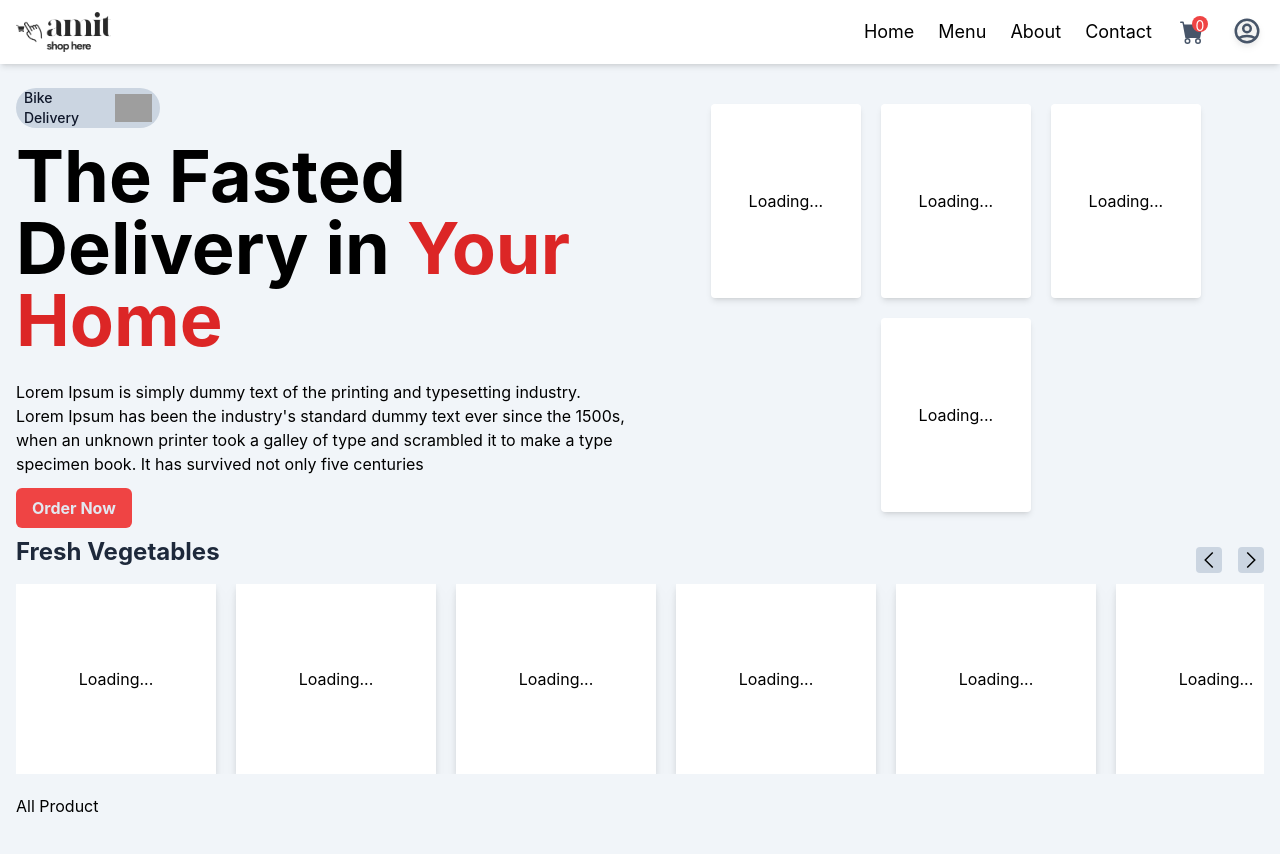
Repository: Lehuyhuynh/Web_ban_hoa_qua
Page: / (app in frontend/)
An editor plug-in stored every save of this project. The page is shown before and after the next save, followed by the edit.
The browser window is 1280 px wide. The pictures show the whole page.
Pictures or frames that could not be fetched are drawn as grey boxes. The page's requests for data from a server got no answer. The project was rebuilt for these pictures with package versions that can differ from the ones it lists, and the page was loaded fresh each time. No one was signed in, and anything a server would have sent is missing. Also part of the build but not shown: frontend/src/page/Menu.js, frontend/src/page/About.js, frontend/src/page/Contact.js, frontend/src/page/login.js, frontend/src/utility/ImagetoBase64.js, frontend/src/page/Newproduct.js, frontend/src/page/Signup.js.

Above is the page before, as saved 2024-01-06 10:09:03.

### frontend/src/index.js
import React from "react";
import ReactDOM from "react-dom/client";
import "./index.css";
import App from "./App";
import reportWebVitals from "./reportWebVitals";
import {
  createBrowserRouter,
  createRoutesFromElements,
  Route,
  RouterProvider,
} from "react-router-dom";

import Home from "./page/Home";
import Menu from "./page/Menu";
import About from "./page/About";
import Contact from "./page/Contact";
import Login from "./page/login";
import NewProduct from "./page/Newproduct";
import Signup from "./page/Signup";
import { store } from "./redux/index";
import { Provider } from "react-redux";

const router = createBrowserRouter(
  createRoutesFromElements(
    <Route path="/" element={<App />}>
      <Route index element={<Home />} />
      <Route path="menu" element={<Menu />} />
      <Route path="about" element={<About />} />
      <Route path="contact" element={<Contact />} />
      <Route path="login" element={<Login />} />
      <Route path="newproduct" element={<NewProduct />} />
      <Route path="signup" element={<Signup />} />
    </Route>
  )
);

const root = ReactDOM.createRoot(document.getElementById("root"));
root.render(
  <Provider store={store}>
    <RouterProvider router={router} />
  </Provider>
);

// If you want to start measuring performance in your app, pass a function
// to log results (for example: reportWebVitals(console.log))
// or send to an analytics endpoint. Learn more: https://bit.ly/CRA-vitals
reportWebVitals();

### frontend/src/App.js
import Header from "./component/Header";
import { Outlet } from "react-router-dom";
import toast, { Toaster } from "react-hot-toast";
import { useEffect } from "react";
import { useDispatch, useSelector } from "react-redux";
import { setDataProduct } from "./redux/productSlide";

function App() {
  const dispatch = useDispatch();
  const productData = useSelector((state) => state.product);

  useEffect(() => {
    (async () => {
      const res = await fetch(`${process.env.REACT_APP_SERVER_DOMIN}/product`);
      const resData = await res.json();
      console.log(1, resData);
      dispatch(setDataProduct(resData));
    })();
  }, []);

  return (
    <>
      <Toaster />
      <div>
        <Header />
        <main className="pt-16 bg-slate-100 min-h-[calc(100vh)]">
          <Outlet />
        </main>
      </div>
    </>
  );
}

export default App;

### frontend/src/page/Home.js
import React, { useEffect, useRef, useState } from "react";
import { useSelector } from "react-redux";
import CardFeature from "../component/CardFeature";
import HomeCard from "../component/HomeCard";
import { GrPrevious, GrNext } from "react-icons/gr";
// import FilterProduct from "../component/FilterProduct";
import AllProduct from "../component/AllProduct";

const Home = () => {
  const productData = useSelector((state) => state.product.productList);
  console.log(productData);
  const homeProductCartList = productData.slice(1, 5);
  const homeProductCartListVegetables = productData.filter(
    (el) => el.category === "vegetable",
    []
  );
  const loadingArray = new Array(4).fill(null);
  const slideProductRef = useRef();
  const loadingArrayFeature = new Array(10).fill(null);

  const nextProduct = () => {
    slideProductRef.current.scrollLeft += 200;
  };
  const preveProduct = () => {
    slideProductRef.current.scrollLeft -= 200;
  };

  return (
    <div className="p-2 md:p-4">
      <div className="md:flex gap-4 py-2">
        <div className="md:w-1/2">
          <div className="flex gap-3 bg-slate-300 w-36 px-2 items-center rounded-full">
            <p className="text-sm font-medium text-slate-900">Bike Delivery</p>
            <img
              src="https://cdn-icons-png.flaticon.com/512/2972/2972185.png"
              className="h-7"
            />
          </div>
          <h2 className="text-4xl md:text-7xl font-bold py-3">
            The Fasted Delivery in{" "}
            <span className="text-red-600 text-">Your Home</span>
          </h2>
          <p className="py-3 text-base ">
            Lorem Ipsum is simply dummy text of the printing and typesetting
            industry. Lorem Ipsum has been the industry's standard dummy text
            ever since the 1500s, when an unknown printer took a galley of type
            and scrambled it to make a type specimen book. It has survived not
            only five centuries
          </p>
          <button className="font-bold bg-red-500 text-slate-200 px-4 py-2 rounded-md">
            Order Now
          </button>
        </div>

        <div className="md:w-1/2 flex flex-wrap gap-5 p-4 justify-center">
          {homeProductCartList[0]
            ? homeProductCartList.map((el) => {
                return (
                  <HomeCard
                    key={el._id}
                    id={el._id}
                    image={el.image}
                    name={el.name}
                    price={el.price}
                    category={el.category}
                  />
                );
              })
            : loadingArray.map((el, index) => {
                return (
                  <HomeCard key={index + "loading"} loading={"Loading..."} />
                );
              })}
        </div>
      </div>

      <div className="">
        <div className="flex w-full items-center">
          <h2 className="font-bold text-2xl text-slate-800 mb-4">
            Fresh Vegetables
          </h2>
          <div className="ml-auto flex gap-4">
            <button
              onClick={preveProduct}
              className="bg-slate-300 hover:bg-slate-400 text-lg  p-1 rounded"
            >
              <GrPrevious />
            </button>
            <button
              onClick={nextProduct}
              className="bg-slate-300 hover:bg-slate-400 text-lg p-1 rounded "
            >
              <GrNext />
            </button>
          </div>
        </div>
        <div
          className="flex gap-5 overflow-scroll scrollbar-none scroll-smooth transition-all"
          ref={slideProductRef}
        >
          {homeProductCartListVegetables[0]
            ? homeProductCartListVegetables.map((el) => {
                return (
                  <CardFeature
                    key={el._id + "vegetable"}
                    id={el._id}
                    name={el.name}
                    category={el.category}
                    price={el.price}
                    image={el.image}
                  />
                );
              })
            : loadingArrayFeature.map((el, index) => (
                <CardFeature loading="Loading..." key={index + "cartLoading"} />
              ))}
        </div>
      </div>
      <AllProduct heading={"Your Product"} />
    </div>
  );
};

export default Home;

### frontend/src/redux/index.js
import { configureStore } from "@reduxjs/toolkit";
import userSliceReducer from "./userSlice";
import productSlideReducer from "./productSlide";

export const store = configureStore({
  reducer: {
    user: userSliceReducer,
    product: productSlideReducer,
  },
});

### frontend/src/component/Header.js
import React, { useState } from "react";
import { Link } from "react-router-dom";
import logo from "../assest/logo .png";
import { HiOutlineUserCircle } from "react-icons/hi";
import { BsCartFill } from "react-icons/bs";
import { useDispatch, useSelector } from "react-redux";
import { logoutRedux } from "../redux/userSlice";
import { toast } from "react-hot-toast";

const Header = () => {
  const [showMenu, setShowMenu] = useState(false);
  const userData = useSelector((state) => state.user);
  const dispatch = useDispatch();

  const handleShowMenu = () => {
    setShowMenu((preve) => !preve);
  };
  const handleLogout = () => {
    dispatch(logoutRedux());
    toast("Logout successfully");
  };

  const cartItemNumber = useSelector((state) => state.product.cartItem);
  return (
    <header className="fixed shadow-md w-full h-16 px-2 md:px-4 z-50 bg-white">
      {/* desktop */}

      <div className="flex items-center h-full justify-between">
        <Link to={""}>
          <div className="h-10">
            <img src={logo} className="h-full" />
          </div>
        </Link>

        <div className="flex items-center gap-4 md:gap-7">
          <nav className="gap-4 md:gap-6 text-base md:text-lg hidden md:flex">
            <Link to={""}>Home</Link>
            <Link to={"menu/63f0fdbb3bcc2f97fa53d25d"}>Menu</Link>
            <Link to={"about"}>About</Link>
            <Link to={"contact"}>Contact</Link>
          </nav>
          <div className="text-2xl text-slate-600 relative">
            <Link to={"cart"}>
              <BsCartFill />
              <div className="absolute -top-1 -right-1 text-white bg-red-500 h-4 w-4 rounded-full m-0 p-0 text-sm text-center ">
                {cartItemNumber.length}
              </div>
            </Link>
          </div>
          <div className=" text-slate-600" onClick={handleShowMenu}>
            <div className="text-3xl cursor-pointer w-8 h-8 rounded-full overflow-hidden drop-shadow-md">
              {userData.image ? (
                <img src={userData.image} className="h-full w-full" />
              ) : (
                <HiOutlineUserCircle />
              )}
            </div>
            {showMenu && (
              <div className="absolute right-2 bg-white py-2  shadow drop-shadow-md flex flex-col min-w-[120px] text-center">
                {userData.email === process.env.REACT_APP_ADMIN_EMAIL && (
                  <Link
                    to={"newproduct"}
                    className="whitespace-nowrap cursor-pointer px-2"
                  >
                    New product
                  </Link>
                )}

                {userData.image ? (
                  <p
                    className="cursor-pointer text-white px-2 bg-red-500"
                    onClick={handleLogout}
                  >
                    Logout ({userData.firstName}){" "}
                  </p>
                ) : (
                  <Link
                    to={"login"}
                    className="whitespace-nowrap cursor-pointer px-2"
                  >
                    Login
                  </Link>
                )}
                <nav className="text-base md:text-lg flex flex-col md:hidden">
                  <Link to={""} className="px-2 py-1">
                    Home
                  </Link>
                  <Link
                    to={"menu/63f0fdbb3bcc2f97fa53d25d"}
                    className="px-2 py-1"
                  >
                    Menu
                  </Link>
                  <Link to={"about"} className="px-2 py-1">
                    About
                  </Link>
                  <Link to={"contact"} className="px-2 py-1">
                    Contact
                  </Link>
                </nav>
              </div>
            )}
          </div>
        </div>
      </div>

      {/* mobile */}
    </header>
  );
};

export default Header;

### frontend/src/redux/productSlide.js
import { createSlice } from "@reduxjs/toolkit";
import { toast } from "react-hot-toast";

const initialState = {
  productList: [],
  cartItem: [],
};

export const productSlice = createSlice({
  name: "product",
  initialState,
  reducers: {
    setDataProduct: (state, action) => {
      console.log(action);
      state.productList = [...action.payload];
    },
    // addCartItem: (state, action) => {
    //   const check = state.cartItem.some((el) => el._id === action.payload._id);
    //   if (check) {
    //     toast("Already Item in Cart");
    //   } else {
    //     toast("Item Add successfully");
    //     const total = action.payload.price;
    //     state.cartItem = [
    //       ...state.cartItem,
    //       { ...action.payload, qty: 1, total: total },
    //     ];
    //   }
    // },
    // deleteCartItem: (state, action) => {
    //   toast("one Item Delete");
    //   const index = state.cartItem.findIndex((el) => el._id === action.payload);
    //   state.cartItem.splice(index, 1);
    //   console.log(index);
    // },
    // increaseQty: (state, action) => {
    //   const index = state.cartItem.findIndex((el) => el._id === action.payload);
    //   let qty = state.cartItem[index].qty;
    //   const qtyInc = ++qty;
    //   state.cartItem[index].qty = qtyInc;

    //   const price = state.cartItem[index].price;
    //   const total = price * qtyInc;

    //   state.cartItem[index].total = total;
    // },
    // decreaseQty: (state, action) => {
    //   const index = state.cartItem.findIndex((el) => el._id === action.payload);
    //   let qty = state.cartItem[index].qty;
    //   if (qty > 1) {
    //     const qtyDec = ++qty;
    //     state.cartItem[index].qty = qtyDec;

    //     const price = state.cartItem[index].price;
    //     const total = price * qtyDec;

    //     state.cartItem[index].total = total;
    //   }
    // },
  },
});

export const {
  setDataProduct,
  // addCartItem,
  // deleteCartItem,
  // increaseQty,
  // decreaseQty,
} = productSlice.actions;

export default productSlice.reducer;

### frontend/src/component/CardFeature.js
import React from "react";
import { useDispatch } from "react-redux";
import { Link } from "react-router-dom";
// import { addCartItem, increaseQty } from "../redux/productSlide";

const CardFeature = ({ image, name, price, category, loading, id }) => {
  const dispatch = useDispatch();

  const handleAddCartProduct = (e) => {
    // dispatch(
    //   addCartItem({
    //     _id: id,
    //     name: name,
    //     price: price,
    //     category: category,
    //     image: image,
    //   })
    // );
  };

  return (
    <div className="w-full min-w-[200px] max-w-[200px] bg-white hover:shadow-lg drop-shadow-lg py-5 px-4 cursor-pointer flex flex-col ">
      {" "}
      {image ? (
        <>
          <Link
            to={`/menu/${id}`}
            onClick={() => window.scrollTo({ top: "0", behavior: "smooth" })}
          >
            <div className="h-28 flex flex-col justify-center items-center">
              <img src={image} className="h-full" />
            </div>
            <h3 className="font-semibold text-slate-600  capitalize text-lg mt-4 whitespace-nowrap overflow-hidden">
              {name}
            </h3>
            <p className=" text-slate-500  font-medium">{category}</p>
            <p className=" font-bold">
              <span>{price}</span>
              <span className="text-red-500">đ</span>
            </p>
          </Link>
          <button
            className="bg-yellow-500 py-1 mt-2 rounded hover:bg-yellow-600 w-full"
            onClick={handleAddCartProduct}
          >
            Add Cart
          </button>
        </>
      ) : (
        <div className="min-h-[150px] flex justify-center items-center">
          <p>{loading}</p>
        </div>
      )}
    </div>
  );
};

export default CardFeature;

### frontend/src/component/HomeCard.js
import React from "react";
import { Link } from "react-router-dom";

const HomeCard = ({ name, image, category, price, loading, id }) => {
  return (
    <div className="bg-white shadow-md p-2 rounded min-w-[150px]">
      {name ? (
        <>
          <Link
            to={`/menu/${id}`}
            onClick={() => window.scrollTo({ top: "0", behavior: "smooth" })}
          >
            <div className="w-40 min-h-[150px]">
              <img src={image} className="h-full w-full" />
            </div>
            <h3 className="font-semibold text-slate-600 text-center capitalize text-lg">
              {name}
            </h3>
            <p className="text-center text-slate-500  font-medium">
              {category}
            </p>
            <p className="text-center font-bold">
              {/* <span className="text-red-500">đ</span> */}
              <span>{price}</span>
              <span className="text-red-500">đ</span>
            </p>
          </Link>
        </>
      ) : (
        <div className="flex justify-center items-center h-full">
          <p>{loading}</p>
        </div>
      )}
    </div>
  );
};

export default HomeCard;

### frontend/src/component/AllProduct.js
import React, { useEffect, useState } from "react";
import { useSelector } from "react-redux";
// import CardFeature from "./CardFeature";
// import FilterProduct from "./FilterProduct";

const AllProduct = ({ heading }) => {
  // const productData = useSelector((state) => state.product.productList);
  // const categoryList = [...new Set(productData.map((el) => el.category))];

  // //filter data display
  // const [filterby, setFilterBy] = useState("");
  // const [dataFilter, setDataFilter] = useState([]);

  // useEffect(() => {
  //   setDataFilter(productData);
  // }, [productData]);

  // const handleFilterProduct = (category) => {
  //   setFilterBy(category);
  //   const filter = productData.filter(
  //     (el) => el.category.toLowerCase() === category.toLowerCase()
  //   );
  //   setDataFilter(() => {
  //     return [...filter];
  //   });
  // };

  // const loadingArrayFeature = new Array(10).fill(null);

  return (
    <div className="my-5">
      {" "}
      All Product
      {/* <h2 className="font-bold text-2xl text-slate-800 mb-4">{heading}</h2>

      <div className="flex gap-4 justify-center overflow-scroll scrollbar-none">
        {categoryList[0] ? (
          categoryList.map((el) => {
            return (
              <FilterProduct
                category={el}
                key={el}
                isActive={el.toLowerCase() === filterby.toLowerCase()}
                onClick={() => handleFilterProduct(el)}
              />
            );
          })
        ) : (
          <div className="min-h-[150px] flex justify-center items-center">
            <p>Loading...</p>
          </div>
        )}
      </div>

      <div className="flex flex-wrap justify-center gap-4 my-4">
        {dataFilter[0]
          ? dataFilter.map((el) => {
              return (
                <CardFeature
                  key={el._id}
                  id={el._id}
                  image={el.image}
                  name={el.name}
                  category={el.category}
                  price={el.price}
                />
              );
            })
          : loadingArrayFeature.map((el, index) => (
              <CardFeature loading="Loading..." key={index + "allProduct"} />
            ))}
      </div> */}
    </div>
  );
};

export default AllProduct;

### frontend/src/redux/userSlice.js
import { createSlice } from "@reduxjs/toolkit";

const initialState = {
  email: "",
  firstName: "",
  image: "",
  lastName: "",
  _id: "",
};

export const userSlice = createSlice({
  name: "user",
  initialState,
  reducers: {
    loginRedux: (state, action) => {
      console.log(action.payload.data);
      console.log(action);
      // state.user = action.payload.data;
      state._id = action.payload.data._id;
      state.firstName = action.payload.data.firstName;
      state.lastName = action.payload.data.lastName;
      state.email = action.payload.data.email;
      state.image = action.payload.data.image;
    },
    logoutRedux: (state, action) => {
      state._id = "";
      state.firstName = "";
      state.lastName = "";
      state.email = "";
      state.image = "";
    },
  },
});

export const { loginRedux, logoutRedux } = userSlice.actions;

export default userSlice.reducer;

### frontend/tailwind.config.js
/** @type {import('tailwindcss').Config} */
module.exports = {
  content: ["./src/**/*.{html,js}"],
  theme: {
    extend: {},
  },
  plugins: [
    // ...
    require("tailwind-scrollbar")({ nocompatible: true }),
  ],
};

Loaded but not shown: frontend/public/index.html (common file); frontend/src/index.css (common file); frontend/src/reportWebVitals.js (common file)

After the next save:
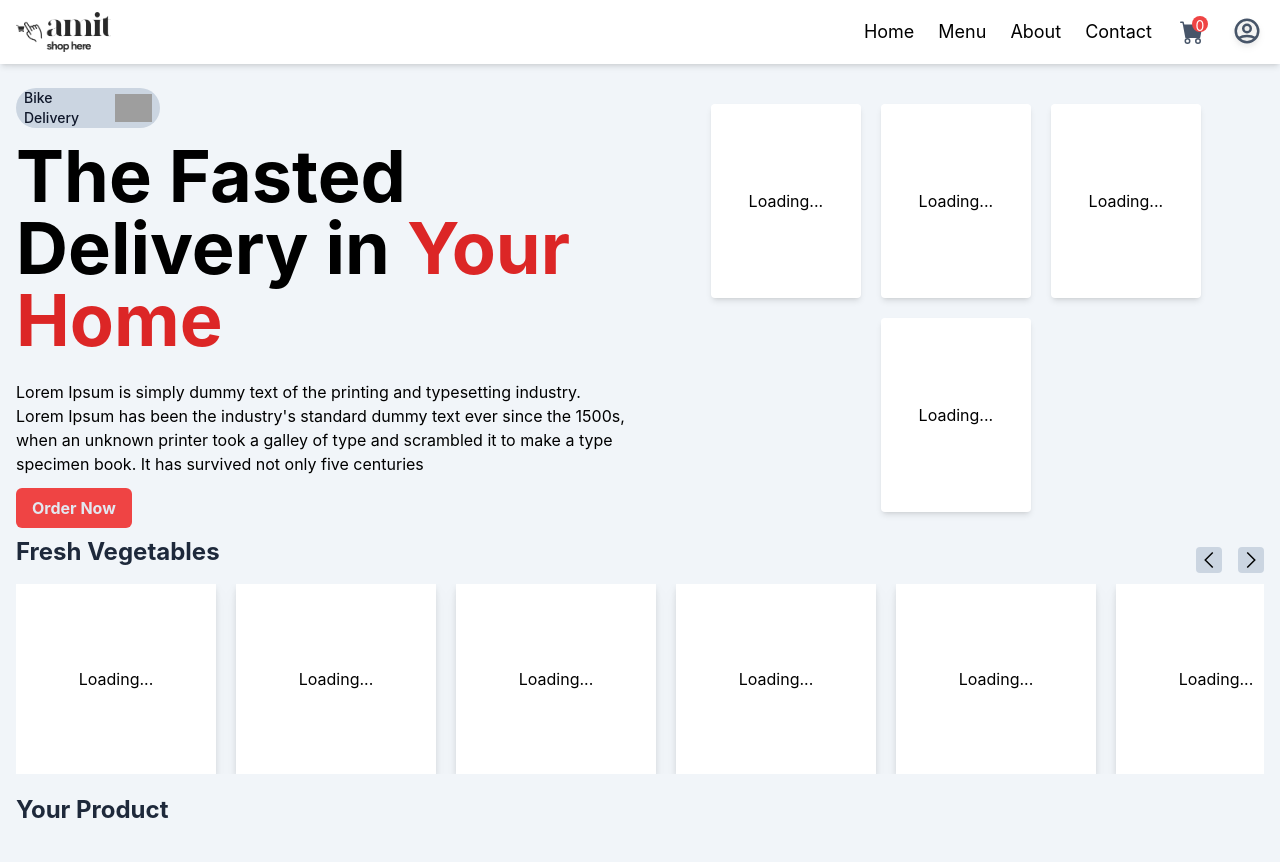
Saved 51 s later.
--- a/frontend/src/component/AllProduct.js
+++ b/frontend/src/component/AllProduct.js
@@ -30,10 +30,8 @@ const AllProduct = ({ heading }) => {
   return (
     <div className="my-5">
       {" "}
-      All Product
-      {/* <h2 className="font-bold text-2xl text-slate-800 mb-4">{heading}</h2>
-
-      <div className="flex gap-4 justify-center overflow-scroll scrollbar-none">
+      <h2 className="font-bold text-2xl text-slate-800 mb-4">{heading}</h2>
+      {/* <div className="flex gap-4 justify-center overflow-scroll scrollbar-none">
         {categoryList[0] ? (
           categoryList.map((el) => {
             return (
